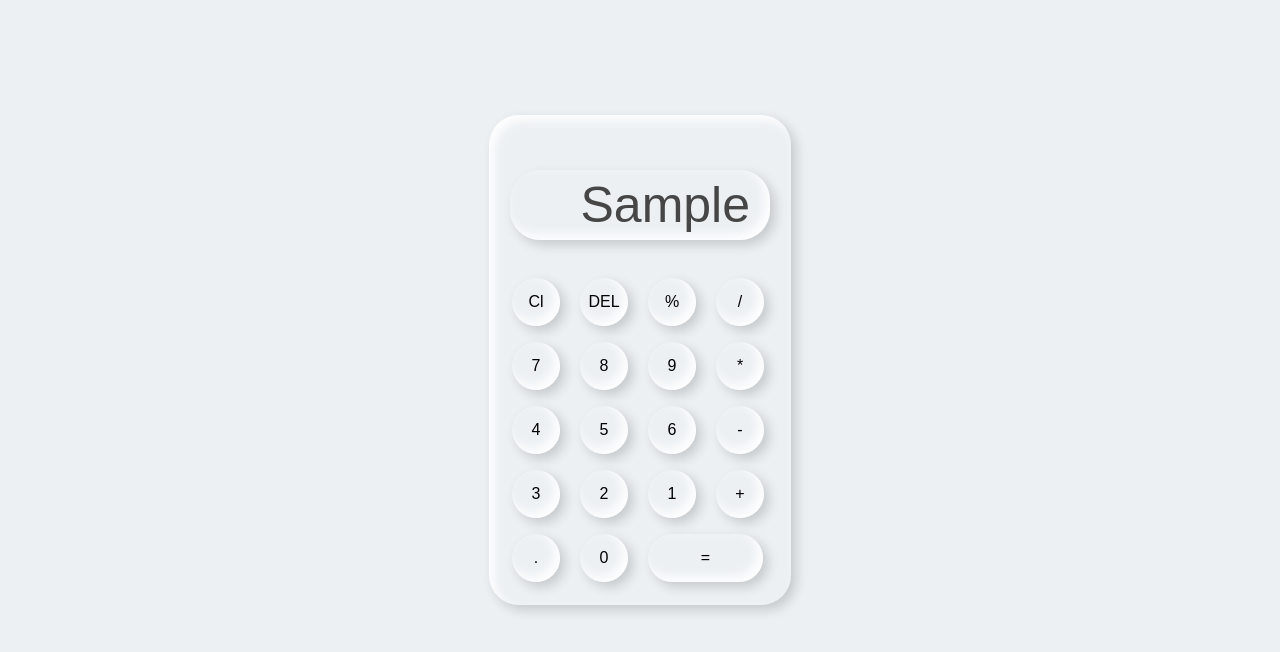
Repository: Mayur2905/OIBSIP
Page: Task-3/index.html
The author's editor kept a copy of each file at every save. The page is drawn from the files as they stood at one save, then again after the next save.
The browser window is 1280 px wide. The pictures show the whole page.
Empty fields were first filled with sample values (such as "Sample", 5 or name@example.com).
After loading, the first visible `button` was clicked once.

Above is the page before, as saved 2022-02-02 14:20:02.
Console error: ReferenceError: Clear is not defined

After the next save:
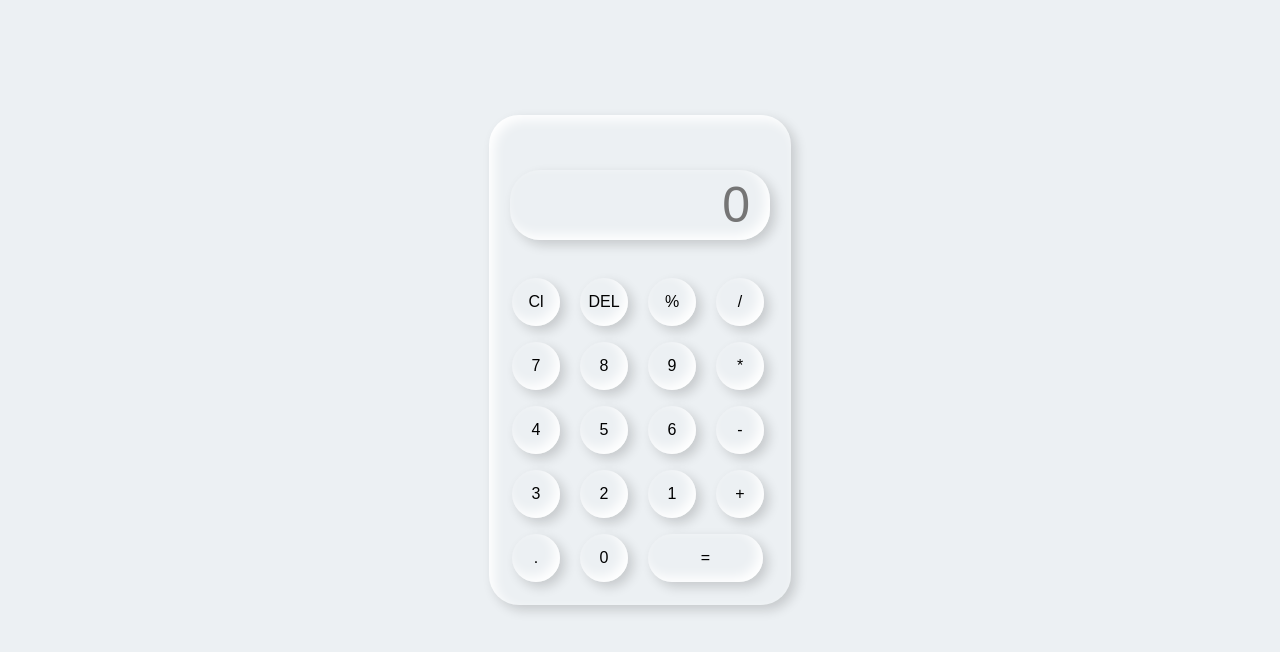
The error is gone.
Saved 27 s later.
--- a/Task-3/function.js
+++ b/Task-3/function.js
@@ -11,7 +11,8 @@ function Calculate(){
     catch(err){
         alert("Invalid Input")
     }
-    function Clear(){
-        outputScreen.value="";
-    }
+
 }
+function Clear(){
+    outputScreen.value="";
+}
